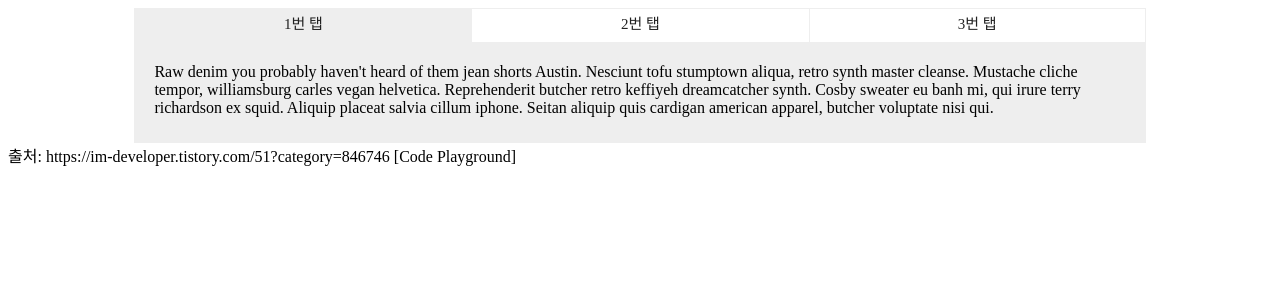
Repository: soo15/javascript-100
Page: javascript_im/tab/main.html
The author's editor kept a copy of each file at every save. The page is drawn from the files as they stood at one save, then again after the next save.
The browser window is 1280 px wide. The pictures show the whole page.

Above is the page before, as saved 2021-12-02 13:53:03.

### javascript_im/tab/main.html
<!DOCTYPE html>
<html lang="en">

<head>
    <meta charset="UTF-8">
    <meta http-equiv="X-UA-Compatible" content="IE=edge">
    <meta name="viewport" content="width=device-width, initial-scale=1.0">
    <title>Document</title>
    <link rel="stylesheet" href="main.css">
</head>

<body>
    <div class="tab_basic">
        <div class="tab_list_wrap">
            <div class="tab_list tab_active" data-tabnum="0">
                <a href="#">1번 탭</a>
            </div>
            <div class="tab_list" data-tabnum="1">
                <a href="#">2번 탭</a>
            </div>
            <div class="tab_list" data-tabnum="2">
                <a href="#">3번 탭</a>
            </div>
        </div>
        <div class="tab_container">
            <div class="tab_content">
                Raw denim you probably haven't heard of them jean shorts Austin. Nesciunt tofu stumptown aliqua, retro
                synth master cleanse. Mustache cliche tempor, williamsburg carles vegan helvetica. Reprehenderit butcher
                retro keffiyeh dreamcatcher synth. Cosby sweater eu banh mi, qui irure terry richardson ex squid.
                Aliquip placeat salvia cillum iphone. Seitan aliquip quis cardigan american apparel, butcher voluptate
                nisi qui.
            </div>
            <div class="tab_content">
                Food truck fixie locavore, accusamus mcsweeney's marfa nulla single-origin coffee squid. Exercitation +1
                labore velit, blog sartorial PBR leggings next level wes anderson artisan four loko farm-to-table craft
                beer twee. Qui photo booth letterpress, commodo enim craft beer mlkshk aliquip jean shorts ullamco ad
                vinyl cillum PBR.
            </div>
            <div class="tab_content">
                Homo nostrud organic, assumenda labore aesthetic magna delectus mollit. Keytar helvetica VHS salvia yr,
                vero magna velit sapiente labore stumptown. Vegan fanny pack odio cillum wes anderson 8-bit, sustainable
                jean shorts beard ut DIY ethical culpa terry richardson biodiesel. Art party scenester stumptown, tumblr
                butcher vero sint qui sapiente accusamus tattooed echo park.
            </div>
        </div>
    </div>


    출처: https://im-developer.tistory.com/51?category=846746 [Code Playground]
</body>

</html>

### javascript_im/tab/main.css
.tab_basic { width: 80%; margin: auto; }
.tab_list_wrap { font-size: 0; height: 35px; }
.tab_list { display: inline-block; width: 33.3334%; height: 100%; font-size: 15px; line-height: 30px; text-align: center; border: 1px solid #eee; border-right: 0; box-sizing: border-box; }
.tab_list:last-child { border-right: 1px solid #eee; }
.tab_list.tab_active { background: #eee; }
.tab_list a { display: block; width: 100%; height: 100%; text-decoration: none; color: #222; }
.tab_content { display: none; width: 100%; min-height: 100px; padding: 20px; background: #eee; box-sizing: border-box; }
.tab_content:first-child { display: block; }

After the next save:
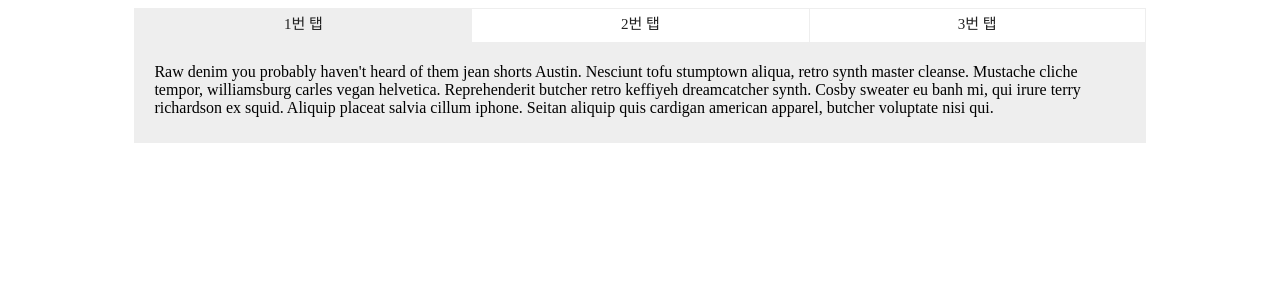
Saved 12 s later.
--- a/javascript_im/tab/main.html
+++ b/javascript_im/tab/main.html
@@ -45,8 +45,6 @@
         </div>
     </div>
 
-
-    출처: https://im-developer.tistory.com/51?category=846746 [Code Playground]
 </body>
 
 </html>
